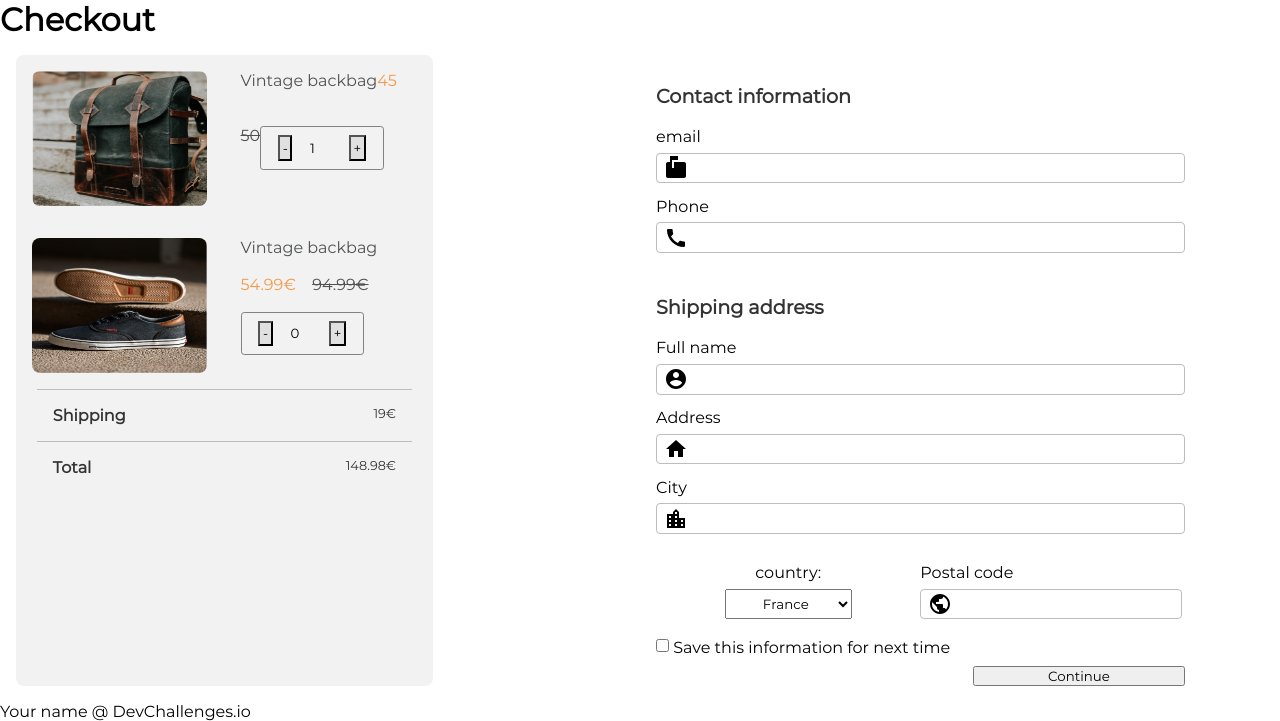
Repository: dubar-jeremy/checkout-page-master
Page: index.html
The author's editor kept a copy of each file at every save. The page is drawn from the files as they stood at one save, then again after the next save.
The browser window is 1280 px wide. The pictures show the whole page.
The style sheet was rebuilt from its Sass, Less or Tailwind sources for each picture, by a compiler version that may differ from the author's.

Above is the page before, as saved 2021-02-06 00:09:08.

After the next save:
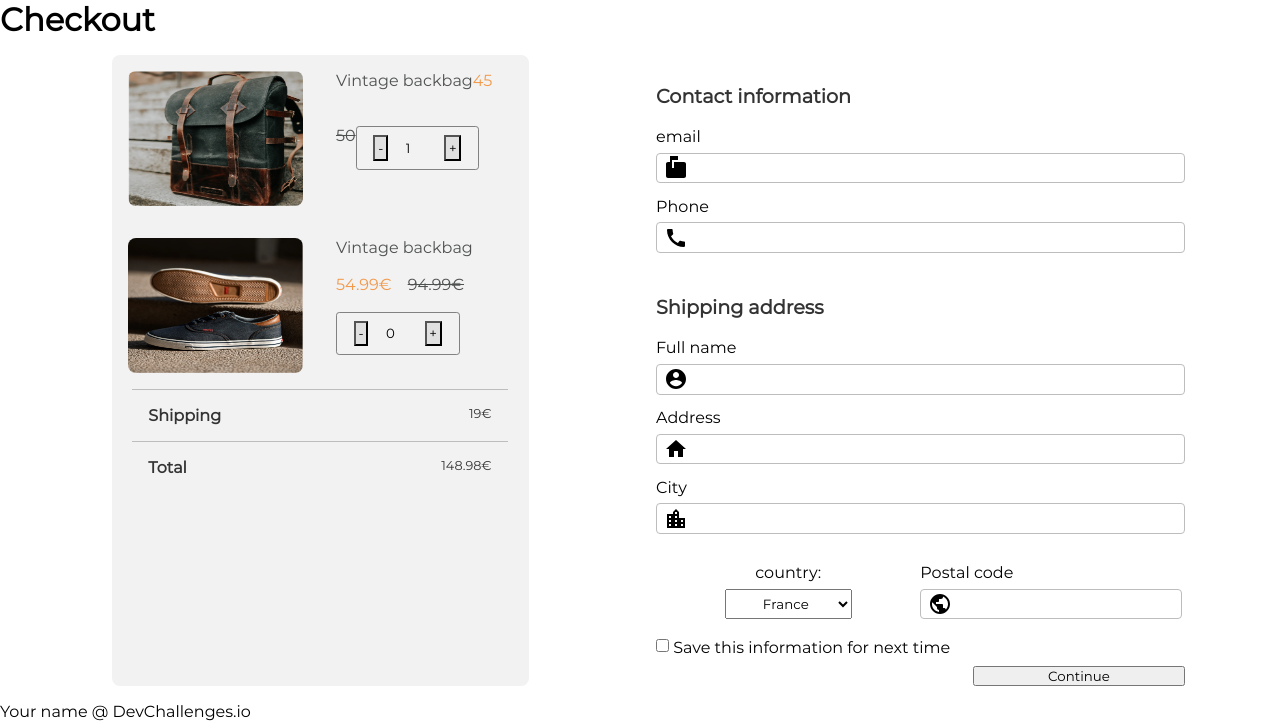
Saved 26 s later.
--- a/style/style.scss
+++ b/style/style.scss
@@ -241,7 +241,7 @@ form {
   .checkout-container {
     grid-row: 1 / 2;
     grid-column: 1 / 2;
-    justify-content: center;
+    margin: 0 auto;
   }
   .form {
     grid-row: 1 / 2;
